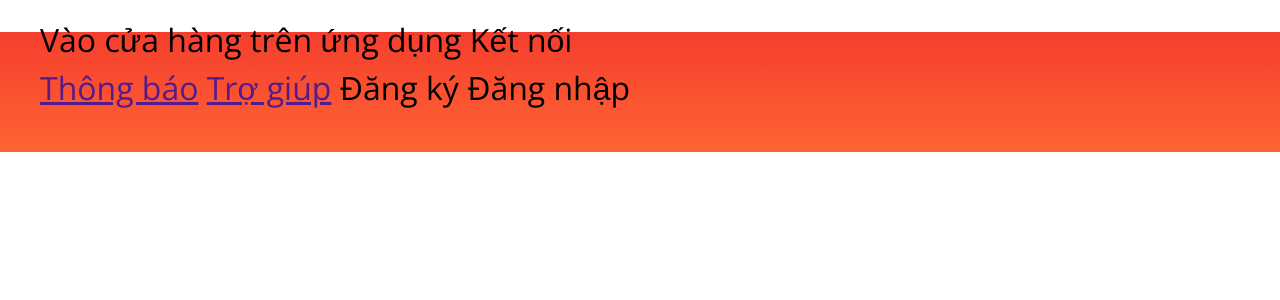
Repository: trongtamdev/Clone-Shopee-Page
Page: index.html
The author's editor kept a copy of each file at every save. The page is drawn from the files as they stood at one save, then again after the next save.
The browser window is 1280 px wide. The pictures show the whole page.

Above is the page before, as saved 2022-07-05 15:36:11.

After the next save:
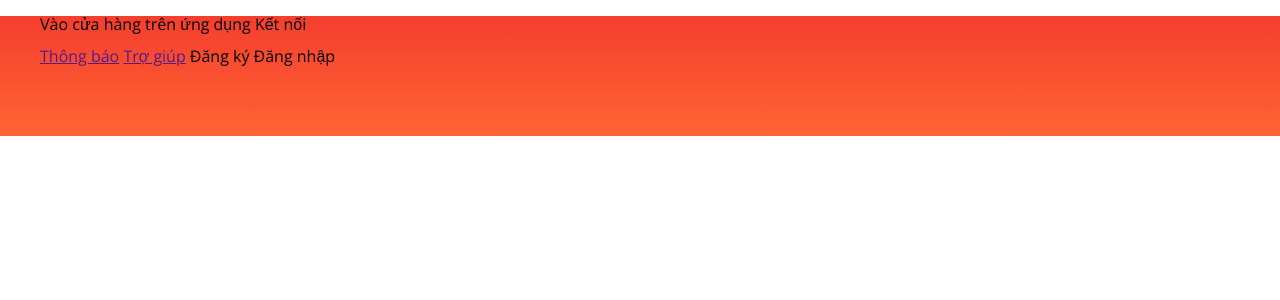
Saved 8 s later.
--- a/assets/css/main.css
+++ b/assets/css/main.css
@@ -5,7 +5,7 @@
 
 .header__navbar-list {
     list-style: none;
-    font-size: 32px;
+    font-size: 16px;
 }
 
 .header__navbar-item {
